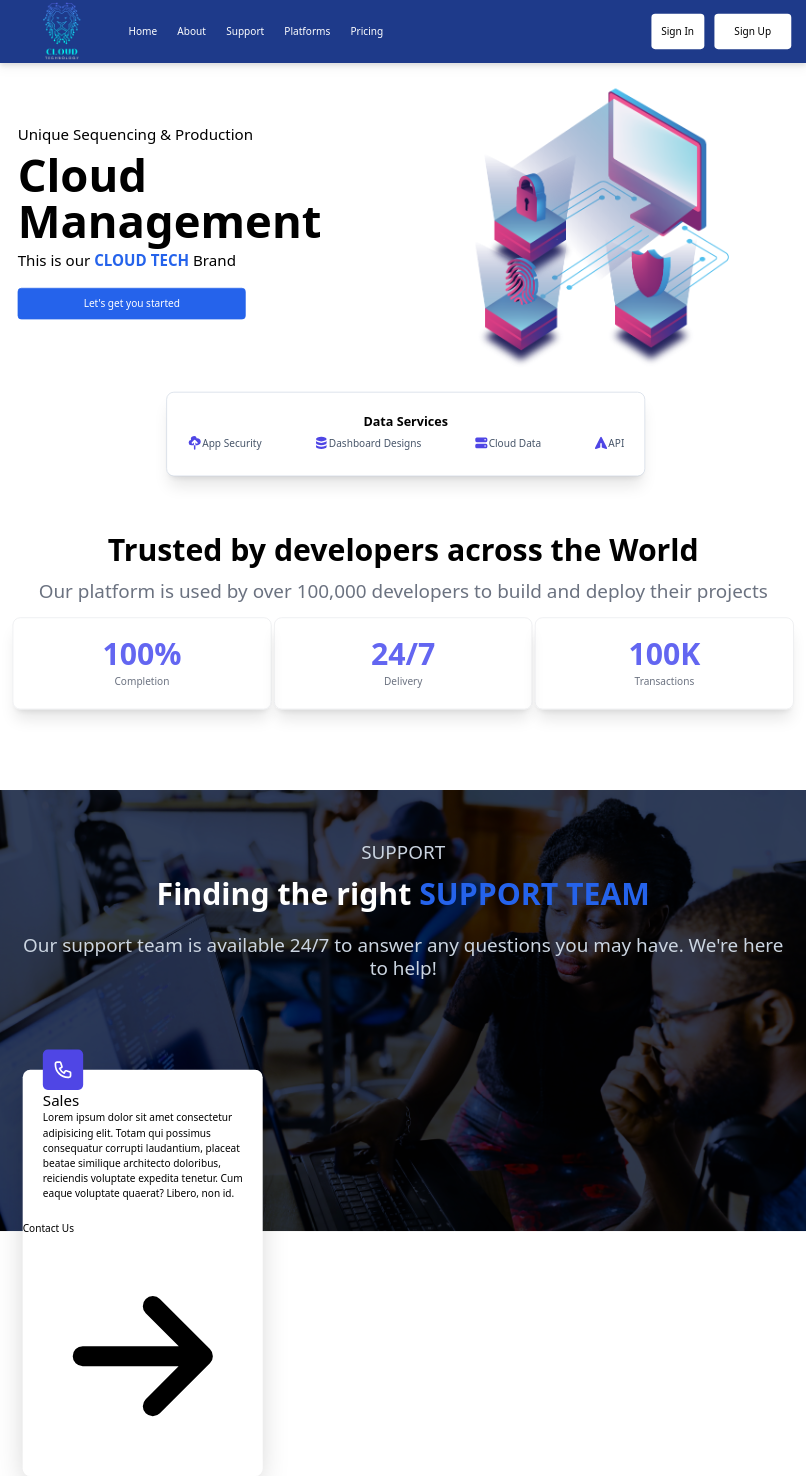
Repository: Esther-Kamau/cloud-management
Page: /
The author's editor kept a copy of each file at every save. The page is drawn from the files as they stood at one save, then again after a run of saves.
The browser window is 1280 px wide. The pictures show the whole page, at 63% of full size.
The project was rebuilt for these pictures with package versions that can differ from the ones it lists, and the page was loaded fresh each time. A package was used in the major version that the imports need, not the one package.json lists.

Above is the page before, as saved 2023-03-16 20:05:06.

### public/index.html
<!DOCTYPE html>
<html lang="en">
  <head>
    <meta charset="utf-8" />
    <link rel="icon" href="%PUBLIC_URL%/Logo.png" />
    <meta name="viewport" content="width=device-width, initial-scale=1" />
    <meta name="theme-color" content="#000000" />
    <meta
      name="description"
      content="Web site created using create-react-app"
    />
    <link rel="apple-touch-icon" href="%PUBLIC_URL%/Logo.png" />
    <!--
      manifest.json provides metadata used when your web app is installed on a
      user's mobile device or desktop. See https://developers.google.com/web/fundamentals/web-app-manifest/
    -->
    <link rel="manifest" href="%PUBLIC_URL%/manifest.json" />
    <!--
      Notice the use of %PUBLIC_URL% in the tags above.
      It will be replaced with the URL of the `public` folder during the build.
      Only files inside the `public` folder can be referenced from the HTML.

      Unlike "/favicon.ico" or "favicon.ico", "%PUBLIC_URL%/favicon.ico" will
      work correctly both with client-side routing and a non-root public URL.
      Learn how to configure a non-root public URL by running `npm run build`.
    -->
    <title>Cloud Technology</title>
  </head>
  <body>
    <noscript>You need to enable JavaScript to run this app.</noscript>
    <div id="root"></div>
    <!--
      This HTML file is a template.
      If you open it directly in the browser, you will see an empty page.

      You can add webfonts, meta tags, or analytics to this file.
      The build step will place the bundled scripts into the <body> tag.

      To begin the development, run `npm start` or `yarn start`.
      To create a production bundle, use `npm run build` or `yarn build`.
    -->
  </body>
</html>

### src/index.css
@tailwind base;
@tailwind components;
@tailwind utilities;

@layer base{
    li{
      @apply p-4 text-white hover:text-slate-300
    }
    button {
        @apply p-4 text-white border bg-blue-600 border-blue-600
        hover:bg-transparent hover:text-black rounded-md
      }
}

### src/App.jsx
import Navbar from "./components/Navbar"
import Hero from "./components/Hero"
import About from "./components/About"
import Support from "./components/Support"

function App() {
  return (

    <>
  <Navbar/>
  <Hero/>
  <About/>
  <Support/>
    </>
  );
}

export default App;

### src/components/Navbar.jsx
import React, { useState } from "react";
import { MenuIcon, XIcon } from "@heroicons/react/outline";
import Logo from "../assets/Logo.png";

const Navbar = () => {
  const [nav, setNav] = useState(false);
  const handleClick = () => setNav(!nav);

  return (
    <div className="w-screen h-[100px] z-10 bg-blue-900 fixed drop-shadow-lg">
      <div className="px-2 flex justify-between items-center w-full h-full">
        <div className="flex items-center">
          <img className="h-[180px] w-[180px]" src={Logo} alt="Logoimg" />
          <ul className="hidden md:flex">
            <li>Home</li>
            <li>About</li>
            <li>Support</li>
            <li>Platforms</li>
            <li>Pricing</li>
          </ul>
        </div>
        <div className="hidden md:flex pr-4">
          <button className="border-none bg-white text-black mr-4 hover:text-white hover:bg-blue-300">
            Sign In
          </button>
          <button className="border-none bg-white text-black px-8 py-3 hover:text-white hover:bg-blue-300">
            Sign Up
          </button>
        </div>
        {/* toggle state */}
        <div className="md:hidden" onClick={handleClick}>
          {/* if the opposite of nav is true display this else xicon */}
          {!nav ? (
            <MenuIcon className="w-8 stroke-white" />
          ) : (
            <XIcon className="w-8 stroke-white" />
          )}
        </div>
      </div>
      {/* if nav is not true hide the menu if tru display the menu */}
      <ul className={!nav ? "hidden" : "absolute bg-blue-900 w-full px-8"}>
        <li className="border-b-2 border-blue-200 w-full">Home</li>
        <li className="border-b-2 border-blue-200 w-full">About</li>
        <li className="border-b-2 border-blue-200 w-full">Support</li>
        <li className="border-b-2 border-blue-200 w-full">Platforms</li>
        <li className="border-b-2 border-blue-200 w-full">Pricing</li>
        <div className="flex flex-col my-4">
          <button className=" bg-transparent text-white mb-4 hover:bg-white hover:text-black">Sign In</button>

          <button className="px-8 py-3">Sign Up</button>
        </div>
      </ul>
    </div>
  );
};

export default Navbar;

### src/components/Hero.jsx
import React from "react";
import {
  CloudUploadIcon,
  DatabaseIcon,
  PaperAirplaneIcon,
  ServerIcon,
} from "@heroicons/react/solid";

import bgImg from "../assets/cyber-bg.png";

const Hero = () => {
  return (
    <div className="w-full h-screen flex flex-col justify-between">
      <div className="grid md:grid-cols-2 max-w-[1240px] m-auto">
        <div className="flex flex-col justify-center md:items-start w-full px-2 py-3">
          <p className="text-2xl">Unique Sequencing & Production</p>
          <h1 className="py-3 text-5xl font-bold md:text-7xl">
            Cloud Management
          </h1>
          <p className="text-2xl mb-3">
            This is our{" "}
            <span className="text-blue-600 font-bold">CLOUD TECH</span> Brand
          </p>
          <button className="py-3 px-6 sm:w-[60%] my-4">
            Let's get you started
          </button>
        </div>
        <div>
          <img src={bgImg} alt="bg" className="w-full" />
        </div>
        {/* check on this later: absolute position */}
        <div
         className='absolute flex flex-col py-8 md:min-w-[760px] bottom-[-5%]
         mx-1 md:left-1/2 transform md:-translate-x-1/2 bg-white
         border border-slate-300 rounded-xl text-center shadow-xl'
        >
          <p className="text-xl font-semibold text-center">Data Services</p>
          <div className="flex flex-wrap justify-between px-4">
            <p className="flex px-4 py-2 text-slate-600"><CloudUploadIcon  className="h-6 text-indigo-600" /> App Security</p>
            <p className="flex px-4 py-2 text-slate-600"><DatabaseIcon className="h-6 text-indigo-600" /> Dashboard Designs</p>
            <p className="flex px-4 py-2 text-slate-600"><ServerIcon className="h-6 text-indigo-600"/> Cloud Data</p>
            <p className="flex px-4 py-2 text-slate-600"><PaperAirplaneIcon className="h-6 text-indigo-600"/> API</p>
          </div>
        </div>
      </div>
    </div>
  );
};

export default Hero;

### src/components/About.jsx
import React from "react";

const About = () => {
  return (
    <div className="w-full my-32">
      <div className="max-w-[1240px] mx-auto">
        <div className="text-center">
          <h2 className="text-5xl font-bold">
            Trusted by developers across the World
          </h2>
          <p className="text-3xl py-6 text-gray-500 font-medium">
            Our platform is used by over 100,000 developers to build and deploy
            their projects
          </p>
        </div>
<div className="grid md:grid-cols-3 gap-1 text-center">

        <div  className="border py-8 rounded-xl shadow-xl ">
          <p className="text-5xl text-indigo-500 font-bold">100%</p>
          <p className="text-gray-500 mt-2">Completion</p>
        </div>
        <div className="border py-8 rounded-xl shadow-xl ">
          <p className="text-5xl text-indigo-500 font-bold">24/7</p>
          <p className="text-gray-500 mt-2">Delivery</p>
        </div>
        <div className="border py-8 rounded-xl shadow-xl ">
          <p className="text-5xl text-indigo-500 font-bold">100K</p>
          <p className="text-gray-500 mt-2">Transactions</p>
        </div>
</div>
      </div>
    </div>
  );
};

export default About;

### src/components/Support.jsx
import React from "react";
import { PhoneIcon, ArrowSmRightIcon } from "@heroicons/react/outline";
import { ChipIcon, SupportIcon } from "@heroicons/react/solid";

import supportImg from "../assets/support.jpg";

const Support = () => {
  return (
    <div className="w-full h-screen mt-24">
      <div className="w-full h-[700px] bg-gray-900/90 absolute">
        <img
          src={supportImg}
          alt="/"
          className="w-full h-full object-cover mix-blend-overlay"
        />
      </div>
      <div className="max-w-[1240px] mx-auto text-white relative">
        <div className="px-4 py-12">
          <h2 className="pt-8 text-3xl uppercase text-center text-slate-300">Support</h2>
          <p className=" text-center text-5xl font-bold py-6 ">
            Finding the right
             <span className="text-blue-600"> SUPPORT TEAM</span>
          </p>
          <p className="text-3xl text-slate-300 py-4 text-center">
            Our support team is available 24/7 to answer any questions you may
            have. We're here to help!
          </p>
        </div>
        <div className="grid grid-cols-1 lg:grid-cols-3 relative gap-y-16 gap-x-8 px-4 pt-12 sm:pt-20 text-black">
          <div className="bg-white rounded-xl shadow-2xl">
            <div className="p-8">
              <PhoneIcon className="p-4 w-16 text-white bg-indigo-600 mt-[-4rem] rounded-lg"/>
              <h3 className="text-2xl ">Sales</h3>
              <p>
                Lorem ipsum dolor sit amet consectetur adipisicing elit. Totam
                qui possimus consequatur corrupti laudantium, placeat beatae
                similique architecto doloribus, reiciendis voluptate expedita
                tenetur. Cum eaque voluptate quaerat? Libero, non id.
              </p>
            </div>
            <div>
              <p>
                Contact Us <ArrowSmRightIcon />
              </p>
            </div>
          </div>
        </div>
      </div>
    </div>
  );
};

export default Support;

### tailwind.config.js
/** @type {import('tailwindcss').Config} */
module.exports = {
  content: ['./src/**/*.{js,jsx,ts,tsx}'],
  theme: {
    screens: {
      sm: '640px',
      // => @media (min-width: 640px) { ... }

      md: '768px',
      // => @media (min-width: 768px) { ... }

      lg: '1024px',
      // => @media (min-width: 1024px) { ... }

      xl: '1280px',
      // => @media (min-width: 1280px) { ... }

      '2xl': '1536px',
      // => @media (min-width: 1536px) { ... }
    },
  },
  plugins: [],
};

Loaded but not shown: src/index.js (common file)

After the next 3 saves:
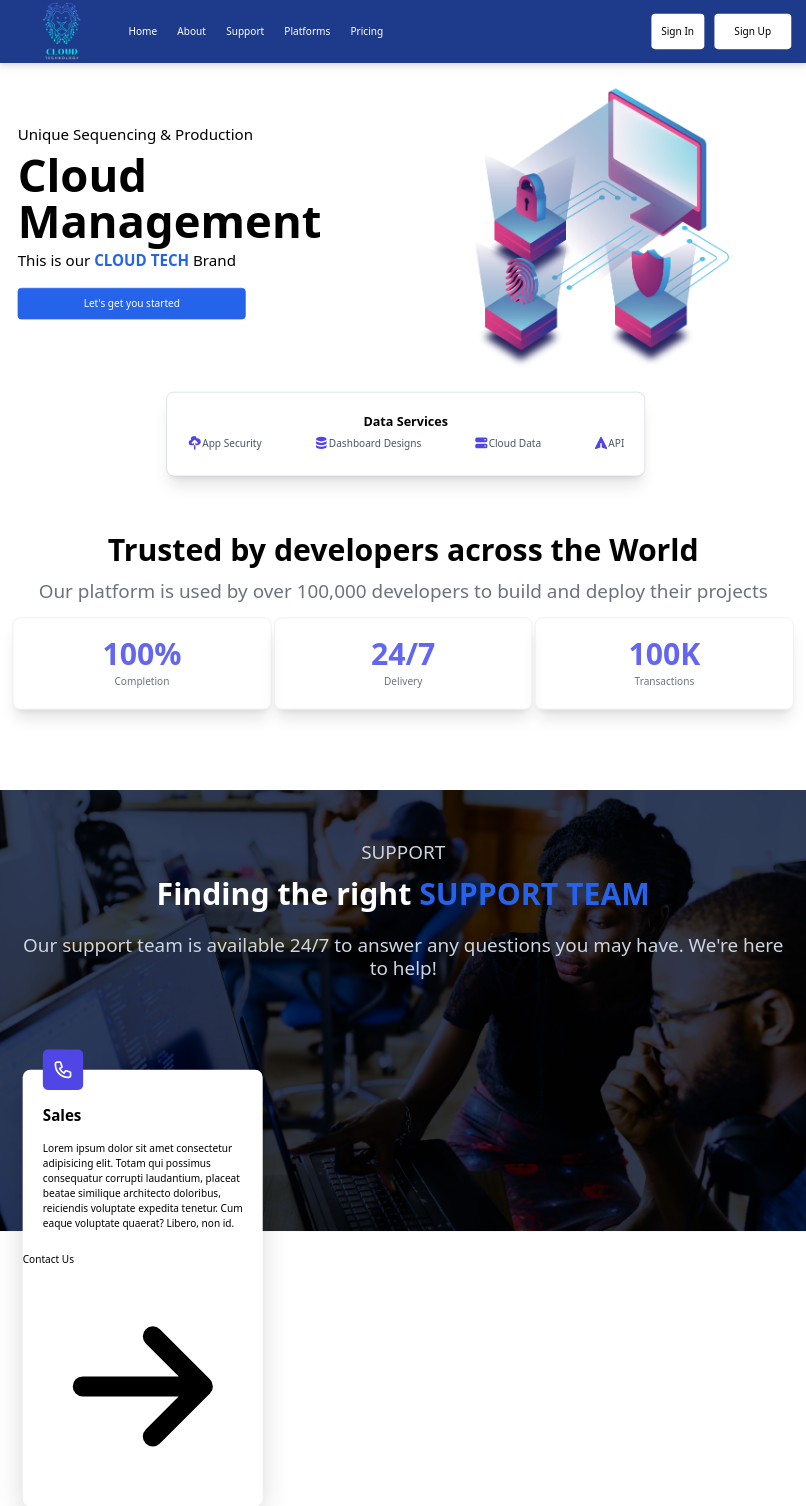
The 3 saves are shown as one change because they came seconds apart.
The last was saved 12 s later.
--- a/src/components/Support.jsx
+++ b/src/components/Support.jsx
@@ -30,7 +30,7 @@ const Support = () => {
           <div className="bg-white rounded-xl shadow-2xl">
             <div className="p-8">
               <PhoneIcon className="p-4 w-16 text-white bg-indigo-600 mt-[-4rem] rounded-lg"/>
-              <h3 className="text-2xl ">Sales</h3>
+              <h3 className="text-2xl my-6 font-bold">Sales</h3>
               <p>
                 Lorem ipsum dolor sit amet consectetur adipisicing elit. Totam
                 qui possimus consequatur corrupti laudantium, placeat beatae
